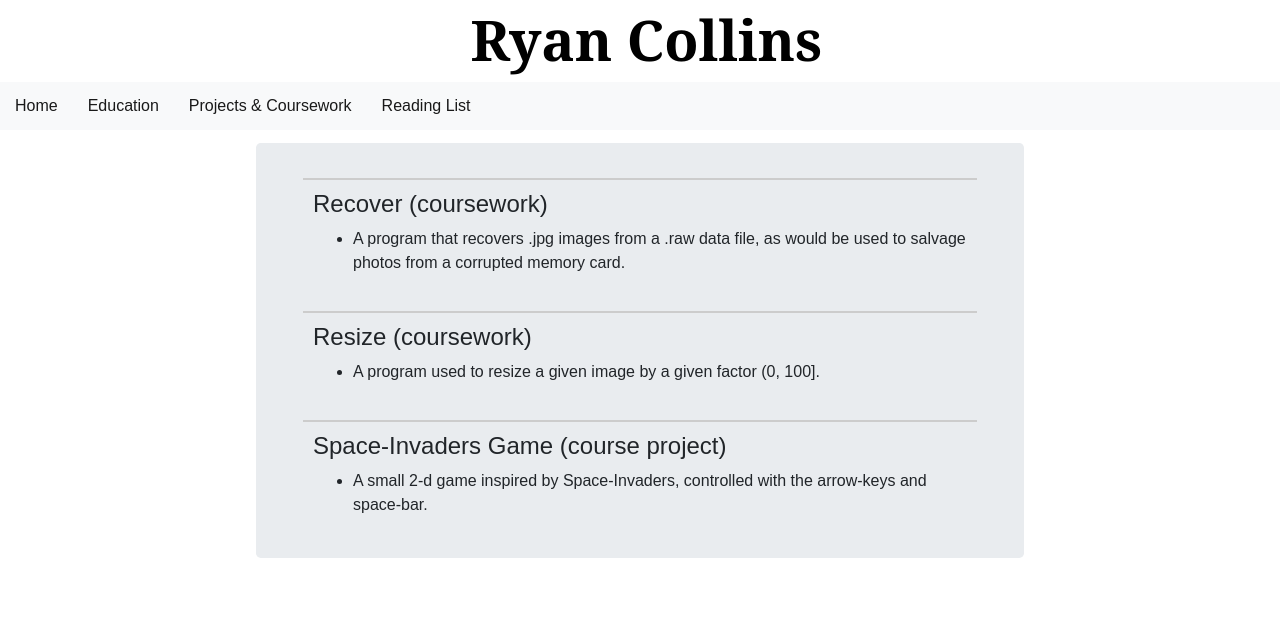
Repository: RyanMCollins/cs50
Page: pset5/homepage/projects.html
The author's editor kept a record of every edit. The page is drawn from the files as they stood at one moment, then again after the next edit.
The browser window is 1280 px wide. The pictures show the whole page.

Above is the page before.

### pset5/homepage/projects.html
<!DOCTYPE html>

<html lang="en">
    <head>
        <meta name="viewport" content="width=device-width, initial-scale=1, shrink-to-fit=no">
        <script src="https://code.jquery.com/jquery-3.3.1.slim.min.js" integrity="sha384-q8i/X+965DzO0rT7abK41JStQIAqVgRVzpbzo5smXKp4YfRvH+8abtTE1Pi6jizo" crossorigin="anonymous"></script>
        <script src="https://cdnjs.cloudflare.com/ajax/libs/popper.js/1.14.3/umd/popper.min.js" integrity="sha384-ZMP7rVo3mIykV+2+9J3UJ46jBk0WLaUAdn689aCwoqbBJiSnjAK/l8WvCWPIPm49" crossorigin="anonymous"></script>
        <script src="https://stackpath.bootstrapcdn.com/bootstrap/4.1.3/js/bootstrap.min.js" integrity="sha384-ChfqqxuZUCnJSK3+MXmPNIyE6ZbWh2IMqE241rYiqJxyMiZ6OW/JmZQ5stwEULTy" crossorigin="anonymous"></script>
        <link href="https://stackpath.bootstrapcdn.com/bootstrap/4.1.3/css/bootstrap.min.css" rel="stylesheet">
        <link href="styles.css" rel="stylesheet">
        <title>Projects & Coursework</title>
    </head>
    <body>
        <h1 id="site-title">
            Ryan Collins
        </h1>
        <nav class="navbar navbar-expand-lg navbar-light bg-light">

            <button class="navbar-toggler" type="button" data-toggle="collapse" data-target="#navbarSupportedContent" aria-controls="navbarSupportedContent" aria-expanded="false" aria-label="Toggle navigation">
                <span class="navbar-toggler-icon"></span>
              </button>

              <div class="collapse navbar-collapse" id="navbarSupportedContent">
                <ul class="navbar-nav mr-auto">
                  <li class="nav-item active">
                    <a class="nav-link" href="/home">Home<span class="sr-only">(current)</span></a>
                  </li>
                  <li class="nav-item active">
                    <a class="nav-link" href="/education">Education<span class="sr-only">(current)</span></a>
                  </li>
                  <li class="nav-item active">
                    <a class="nav-link" href="/projects">Projects & Coursework<span class="sr-only">(current)</span></a>
                  </li>
                  <li class="nav-item active">
                    <a class="nav-link" href="/readlist">Reading List<span class="sr-only">(current)</span></a>
                  </li>
                </ul>
              </div>
        </nav>
        <div class="jumbotron">
            <div class="container">
                <div class="sub-division">
                    <h4>
                        Recover (coursework)
                    </h4>
                    <ul>
                        <li>
                            A program that recovers .jpg images from a .raw data file, as would be used to salvage photos from a corrupted
                            memory card.
                        </li>
                    </ul>
                </div>
                <div class="sub-division">
                    <h4>
                        Resize (coursework)
                    </h4>
                    <ul>
                        <li>
                            A program used to resize a given image by a given factor (0, 100].
                        </li>
                    </ul>
                </div>
                <div class="sub-division">
                    <h4>
                        Space-Invaders Game (course project)
                    </h4>
                    <ul>
                        <li>
                            A small 2-d game inspired by Space-Invaders, controlled with the arrow-keys and space-bar.
                        </li>
                    </ul>
                </div>
            </div>
        </div>
    </body>
</html>

### pset5/homepage/styles.css
body {
    font-size: 14;
    font-family: "Arial";
    min-height: 100vh;
}

#site-title {
    text-align: center;
    font-size: 350%;
    font-family: "Georgia";
    font-weight: bold;
    color: #000000;
    padding-left: 1%;
    padding-bottom: .7%;
    padding-top: .45%;
    margin: 0;
}

@media  screen and (max-width: 368px) {
    #site-title {
        font-size: 200%;
    }
}

#site-title a {
    color: inherit;
    text-decoration: none;
}

.navbar {
    padding: 0;
    /*padding: 0 1%;*/
    background-color: #eee;
}

.flex-break.flex-small {
    flex: 1;
}

.flex-break.flex-large {
    flex: 2;
}

@media  screen and (max-width: 990px) {
    .flex-break.flex-large, .flex-break.flex-small {
        justify-content: flex-start!important;
    }
}

.nav-item {
    padding: 0 5px;
    margin: 4px 2px;
}

.jumbotron {
    margin: 1% 20%;
    padding-top: 2%;
    padding-bottom: 5px;
}

.main-header {
    font-size: 200%;
    font-weight: bold;
}

.sub-division {
    border-top: solid #cccccc 2px;
    margin-top: 10px;
    margin-bottom: 10px;
    padding: 10px;
}

.sub-division-header {
    display: flex;
    padding-bottom: 15px;
}

.sub-division-title {
    font-size: 24px;
    float: left;
    margin-bottom: 0px;
    margin-top: auto;
}

.sub-division-appendice {
    font-size: 18px;
    margin-bottom: 0px;
    margin-top: auto;
}

.sub-division-appendice.date {
    margin-right: 0px;
    margin-left: auto;
}

.sub-division-author {
    font-size: 20px;
    padding-bottom: 10px;
}

After the next edit:
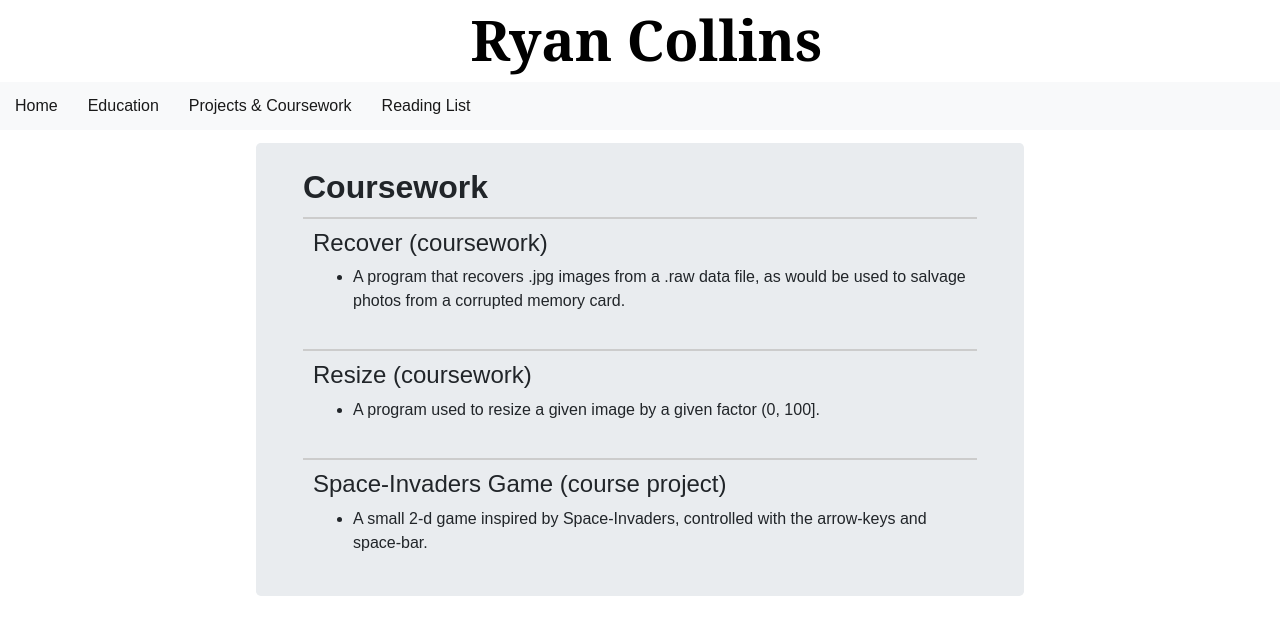
The edit:
--- a/pset5/homepage/projects.html
+++ b/pset5/homepage/projects.html
@@ -39,6 +39,9 @@
         </nav>
         <div class="jumbotron">
             <div class="container">
+                <h2 class="main-header">
+                    Coursework
+                </h2>
                 <div class="sub-division">
                     <h4>
                         Recover (coursework)
